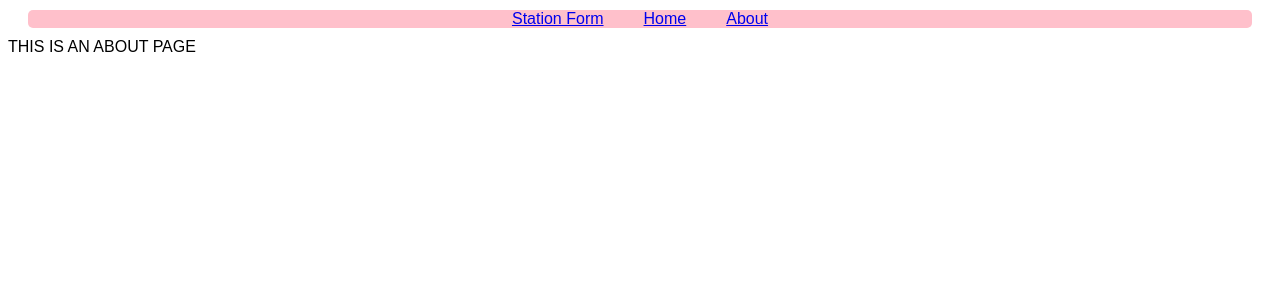
Repository: rutsguifd/mkr2
Page: /#/about
These files come from the project's save history. The page is drawn as it stood at one moment and after the next save; the edit follows.
The browser window is 1280 px wide. The pictures show the whole page.
The project was rebuilt for these pictures with package versions that can differ from the ones it lists, and the page was loaded fresh each time. Also part of the build but not shown: src/views/Home.vue, src/components/FavoriteTrips.vue, src/components/AddTrip.vue, src/components/TripCard.vue, src/views/StationForm.vue.

Above is the page before, as saved 2021-12-21 22:21:33.

### src/App.vue
<template>
  <div>
    <router-view />
  </div>
</template>

<script>
  export default {

  }
</script>

<style lang="scss" scoped>

</style>

### src/router/index.js
import { createRouter, createWebHashHistory } from 'vue-router'
import Home from '../views/Home.vue'
import About from '../views/About.vue'
import StationForm from '../views/StationForm.vue'


const routes = [
  {
    path: '/',
    name: 'Home',
    component: Home
  },
  {
    path: '/about',
    name: 'About',
    component: About
  },
  {
    path: '/station-form',
    name: 'StationForm',
    component: StationForm
  }
]

const router = createRouter({
  history: createWebHashHistory(),
  routes
})

export default router

### src/store/index.js
import { createStore } from 'vuex'

export default createStore({
  state: {
    tripInfo: [
      {
        id: 1,
        tripStart: "Uzh",
        tripEnd: "Muk",
        tripDuration: "1 hour",
        tripPrice: "500",
        vehicle: "Bus"
      },
      {
        id: 2,
        tripStart: "Kiev",
        tripEnd: "Muk",
        tripDuration: "2 hours",
        tripPrice: "1000",
        vehicle: "Train"
      },
      {
        id: 3,
        tripStart: "Lviv",
        tripEnd: "Uzh",
        tripDuration: "1.5 hours",
        tripPrice: "500",
        vehicle: "Bus"
      }
    ],
    favoriteTrips: []
  },
  mutations: {
    addTrip(state, trip) {
      state.tripInfo.push({
        tripStart: trip.start,
        tripEnd: trip.end,
        tripDuration: trip.dur,
        tripPrice: trip.price,
        vehicle: trip.veh
      })
    },
    deleteTrip(state, ind) {
      state.tripInfo.splice(ind, 1)
    },
    addToFavorites(state, trip) {
      state.favoriteTrips.push({
        tripStart: trip.start,
        tripEnd: trip.end,
        tripDuration: trip.dur,
        tripPrice: trip.price,
        vehicle: trip.veh
      });
      console.log(state.favoriteTrips)
    }
  },
  actions: {},
  getters: {
    AllTrips(state) {
      return state.tripInfo
    },
    AllFavoriteTrips(state) {
      return state.favoriteTrips
    }
  }
})

### src/views/About.vue
<template>
    <div>
        <Header />
        THIS IS AN ABOUT PAGE
    </div>
</template>

<script>
import Header from '../components/Header.vue'
    export default {
       name: "About",
       components: {
           Header
       }
    }
</script>

<style lang="scss" scoped>
* {
  margin: 0;
  padding: 0;
  box-sizing: border-box;
  font-family: "Fira Sans", sans-serif;
}
</style>

### src/components/Header.vue
<template>
  <div class="header">
    <span><router-link to="/station-form">Station Form</router-link></span>
    <span><router-link to="/">Home</router-link></span>
    <span><router-link to="/about">About</router-link></span>
  </div>
</template>

<script>
export default {};
</script>

<style lang="scss" scoped>
.header{
    text-align: center;
    margin: 10px 20px;
    background: pink;
    border-radius: 5px;
    span{
        margin: 0px 20px;
    }
}
</style>

Loaded but not shown: public/index.html (common file); src/main.js (common file)

After the next save:
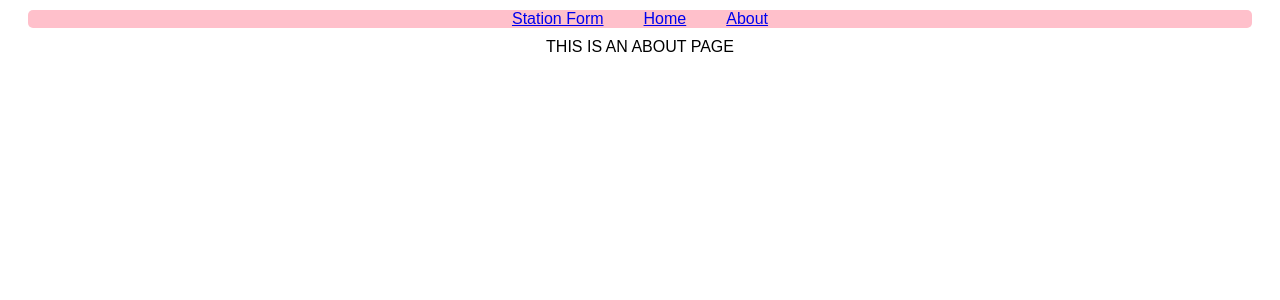
Saved 45 s later.
--- a/src/views/About.vue
+++ b/src/views/About.vue
@@ -22,4 +22,7 @@ import Header from '../components/Header.vue'
   box-sizing: border-box;
   font-family: "Fira Sans", sans-serif;
 }
+div{
+    text-align: center;
+}
 </style>
